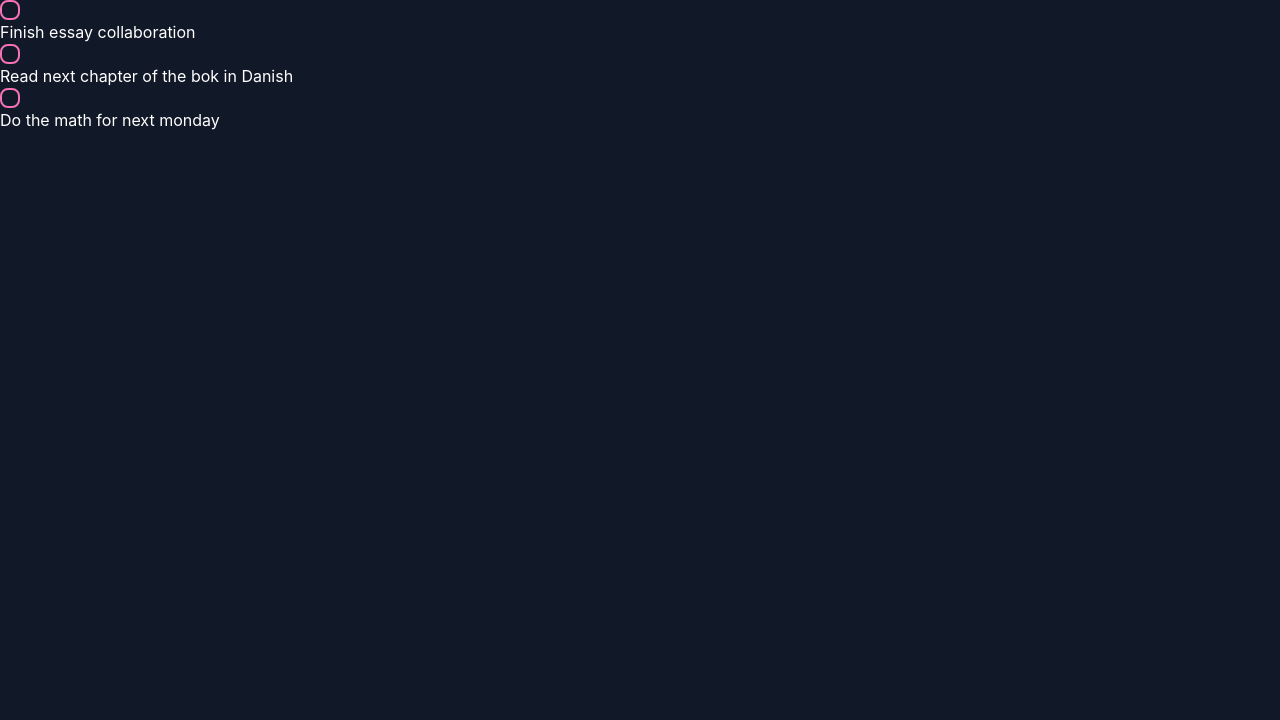
Repository: VachArt/react-exam-work
Page: /
An editor plug-in stored every save of this project. The page is shown before and after the next save, followed by the edit.
The browser window is 1280 px wide. The pictures show the whole page.
The project was rebuilt for these pictures with package versions that can differ from the ones it lists, and the page was loaded fresh each time.

Above is the page before, as saved 2022-04-27 14:45:56.

After the next save:
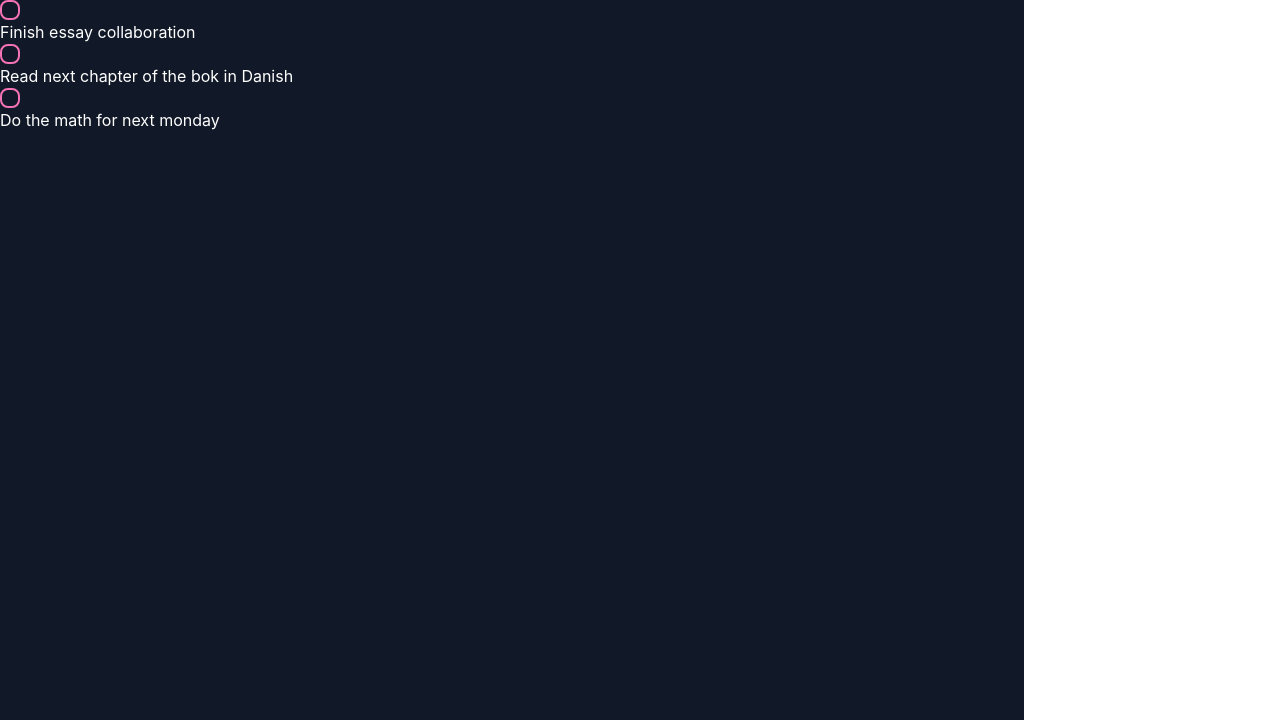
Saved 40 s later.
--- a/src/components/pages/Home/Home.jsx
+++ b/src/components/pages/Home/Home.jsx
@@ -21,7 +21,7 @@ const todos = [
 
 const Home = () => {
     return (
-        <div className='bg-gray-900 h-screen text-white'>
+        <div className='bg-gray-900 h-screen text-white w-4/5'>
             {todos.map(todo => (
                 <TodoItem key={todo._id} todo={todo} />
             ))}
